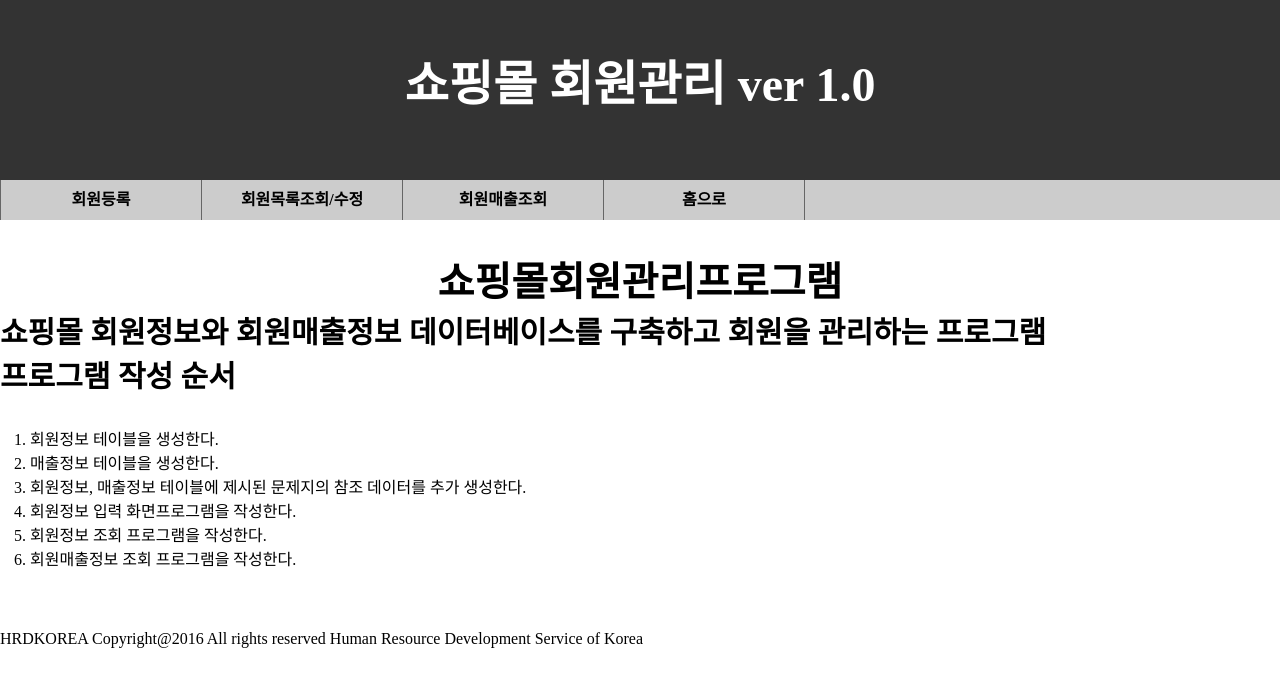
Repository: jsky1234/NCS
Page: http://localhost/HRD_1/admin.jsp
The author's editor kept a copy of each file at every save. The page is drawn from the files as they stood at one save, then again after the next save.
The browser window is 1280 px wide. The pictures show the whole page.
The page is served by Tomcat 9.

Above is the page before, as saved 2020-11-09 02:34:31.

After the next save:
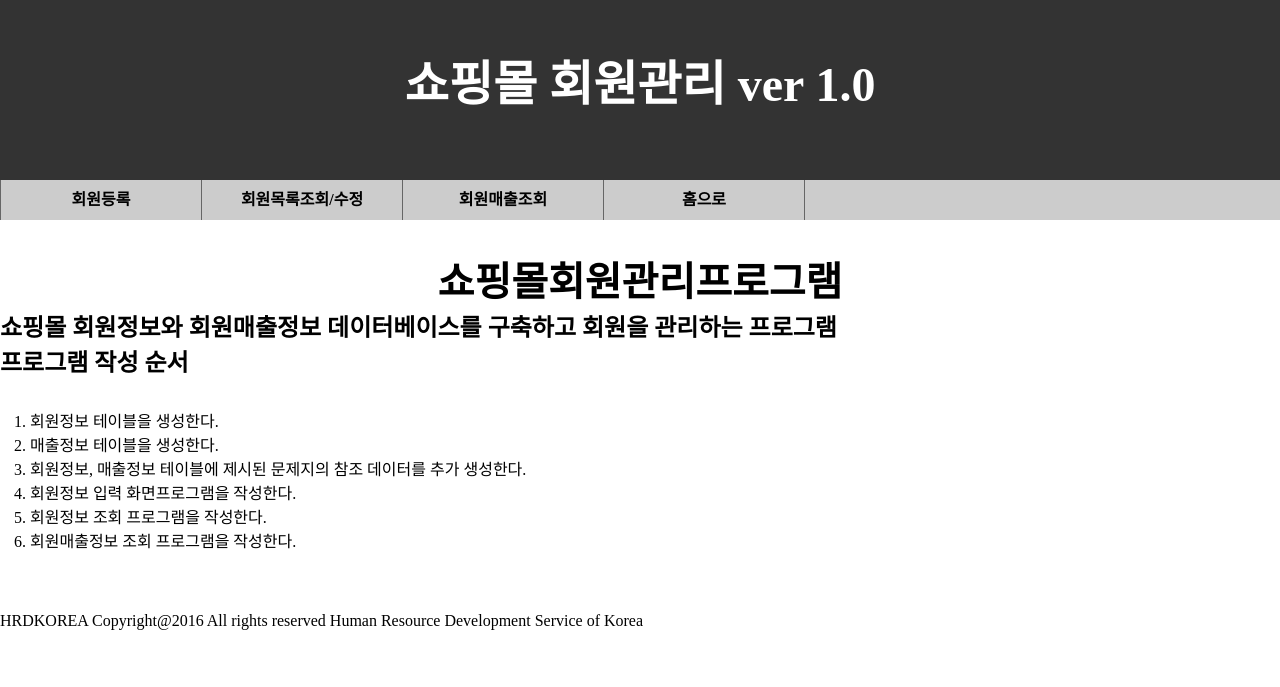
Saved 11 s later.
--- a/ncs1/HRD_1/WebContent/admin.jsp
+++ b/ncs1/HRD_1/WebContent/admin.jsp
@@ -23,7 +23,7 @@ ol { padding: 30px; }
 
 .page { clear: both; padding: 30px 0 30px 0; }
 .page_tit { text-align: center; font-size: 40px; }
-.item_tit { font-size: 30px; }
+.item_tit { font-size: 24px; }
 </style>
 </head>
 <body>
